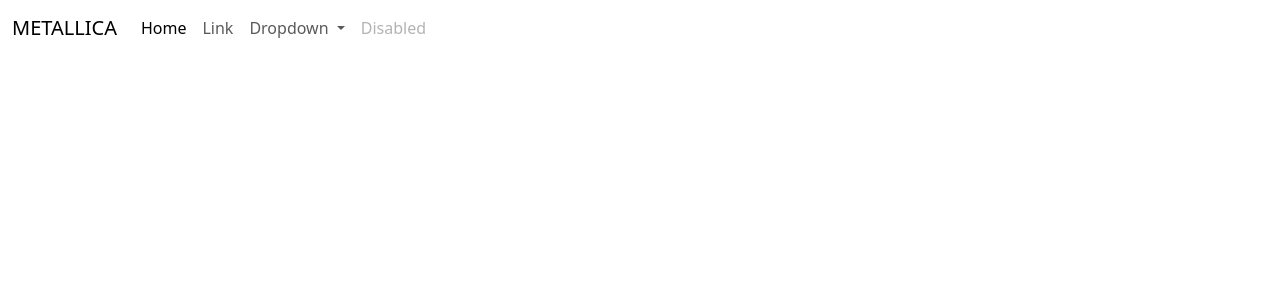
Repository: Kaleidiana/Metallicaa
Page: about.html
These files come from the project's save history. The page is drawn as it stood at one moment and after the next save; the edit follows.
The browser window is 1280 px wide. The pictures show the whole page.

Above is the page before, as saved 2024-03-16 15:24:21.

### about.html
<!DOCTYPE html>
<html lang="en">

<head>
    <meta charset="UTF-8">
    <link href="https://cdn.jsdelivr.net/npm/bootstrap@5.3.3/dist/css/bootstrap.min.css" rel="stylesheet" integrity="sha384-QWTKZyjpPEjISv5WaRU9OFeRpok6YctnYmDr5pNlyT2bRjXh0JMhjY6hW+ALEwIH" crossorigin="anonymous">
    <meta name="viewport" content="width=device-width, initial-scale=1.0">
    <title>Metallica</title>
</head>

<body>
    <nav class="navbar navbar-expand-lg bg-secondary-emphasis">
        <div class="container-fluid">
            <a class="navbar-brand" href="#">METALLICA</a>
            <button class="navbar-toggler" type="button" data-bs-toggle="collapse" data-bs-target="#navbarSupportedContent" aria-controls="navbarSupportedContent" aria-expanded="false" aria-label="Toggle navigation">
            <span class="navbar-toggler-icon"></span>
          </button>
            <div class="collapse navbar-collapse" id="navbarSupportedContent">
                <ul class="navbar-nav me-auto mb-2 mb-lg-0">
                    <li class="nav-item">
                        <a class="nav-link active" aria-current="page" href="#">Home</a>
                    </li>
                    <li class="nav-item">
                        <a class="nav-link" href="#">Link</a>
                    </li>
                    <li class="nav-item dropdown">
                        <a class="nav-link dropdown-toggle" href="#" role="button" data-bs-toggle="dropdown" aria-expanded="false">
                  Dropdown
                </a>
                        <ul class="dropdown-menu">
                            <li><a class="dropdown-item" href="#">Action</a></li>
                            <li><a class="dropdown-item" href="#">Another action</a></li>
                            <li>
                                <hr class="dropdown-divider">
                            </li>
                            <li><a class="dropdown-item" href="#">Something else here</a></li>
                        </ul>
                    </li>
                    <li class="nav-item">
                        <a class="nav-link disabled" aria-disabled="true">Disabled</a>
                    </li>
                </ul>

            </div>
        </div>
    </nav>

</body>

</html>

After the next save:
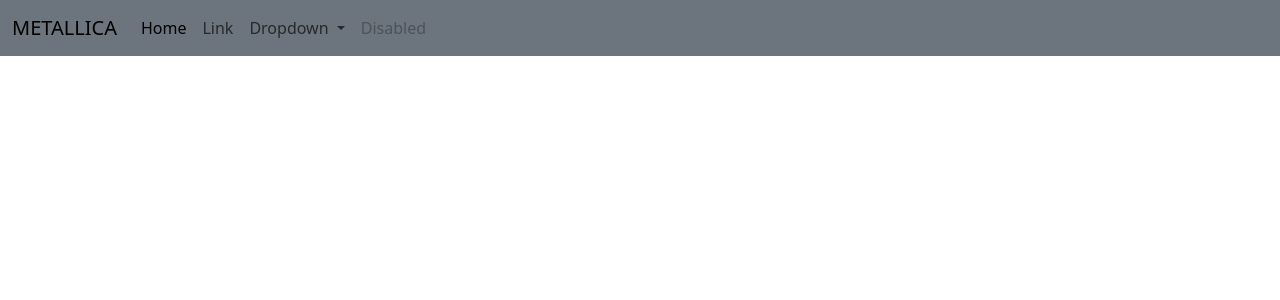
Saved 15 s later.
--- a/about.html
+++ b/about.html
@@ -9,7 +9,7 @@
 </head>
 
 <body>
-    <nav class="navbar navbar-expand-lg bg-secondary-emphasis">
+    <nav class="navbar navbar-expand-lg bg-secondary">
         <div class="container-fluid">
             <a class="navbar-brand" href="#">METALLICA</a>
             <button class="navbar-toggler" type="button" data-bs-toggle="collapse" data-bs-target="#navbarSupportedContent" aria-controls="navbarSupportedContent" aria-expanded="false" aria-label="Toggle navigation">
